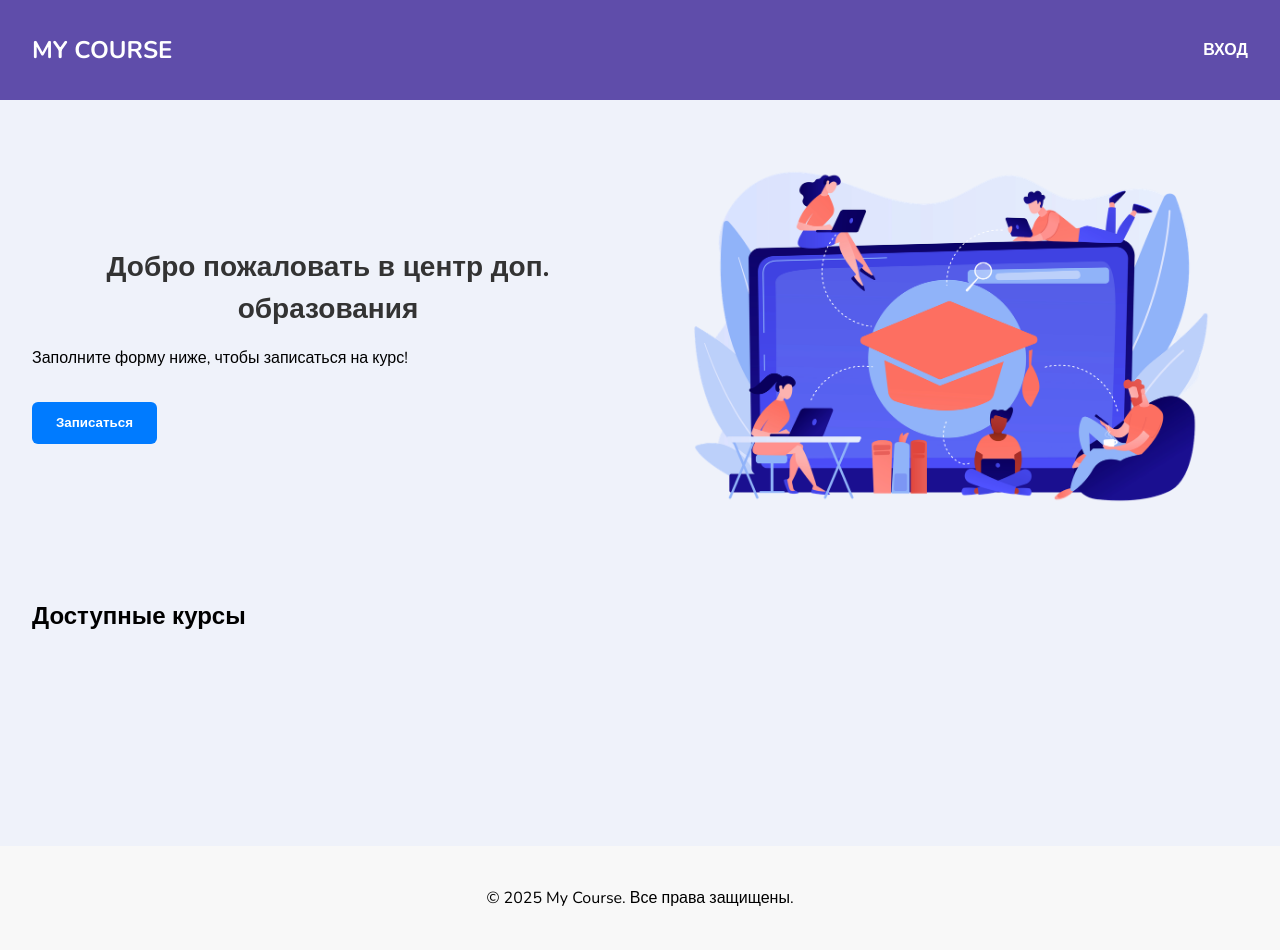
Repository: NikitaSevens/my-course
Page: /
An editor plug-in stored every save of this project. The page is shown before and after a run of saves, followed by the edit.
The browser window is 1280 px wide. The pictures show the whole page.
The project was rebuilt for these pictures with package versions that can differ from the ones it lists, and the page was loaded fresh each time. Also part of the build but not shown: vite.config.ts, src/components/CourseCard/CourseCard.module.css, src/components/CourseCard/CourseCard.tsx, src/components/EnrollPopup/EnrollPopup.tsx, src/components/Header/ProtectedRoute.tsx, src/Pages/Dashboard/Dashboard.tsx, src/components/CreateCourse/CreateCourse.module.css, src/components/CreateCourse/CreateCourse.tsx and 7 more.

Above is the page before, as saved 2025-04-25 18:20:49.

### index.html
<!doctype html>
<html lang="en">
  <head>
    <meta charset="UTF-8" />
    <link rel="icon" type="image/svg+xml" href="" />
    <meta name="viewport" content="width=device-width, initial-scale=1.0" />
    <title>My Course</title>
  </head>
  <body>
    <div id="root"></div>
    <script type="module" src="/src/main.tsx"></script>
  </body>
</html>

### src/index.css
@import url('https://fonts.googleapis.com/css2?family=Nunito:ital,wght@0,200..1000;1,200..1000&display=swap');

* {
  font-family: "Nunito", sans-serif;
  font-optical-sizing: auto;

}

:root {
  font-family: system-ui, Avenir, Helvetica, Arial, sans-serif;
  line-height: 1.5;
  font-weight: 400;

  color-scheme: light dark;
  color: rgba(255, 255, 255, 0.87);
  background-color: rgb(239,242,250);

  font-synthesis: none;
  text-rendering: optimizeLegibility;
  -webkit-font-smoothing: antialiased;
  -moz-osx-font-smoothing: grayscale;

  color: black;
}

/* index.css */
html, body {
  margin: 0;
  padding: 0;
  box-sizing: border-box;
}

### src/App.tsx
import { HashRouter as Router, Routes, Route, Navigate } from 'react-router-dom';
import Home from './Pages/Home/Home';
import { AuthProvider } from './context/AuthContext';
import ProtectedRoute from './components/Header/ProtectedRoute';
import DashboardPage from './Pages/Dashboard/Dashboard';
import CreatePage from './Pages/Dashboard/Create/Create';
import Login from './Pages/Auth/Login';
import DashboardLayout from './components/DashboardLayout/DashboardLayout';



function App() {


  return (
    <AuthProvider>
      <Router>
      <Routes>
        <Route path="/" element={<Home />} />
        <Route path="/login" element={<Login />} />


        <Route element={<ProtectedRoute />}>
        <Route path="/admin" element={<DashboardLayout />}>
        <Route index element={<Navigate to="create" replace />} /> {/* 👈 Это автоматический переход */}
              <Route path='courses' element={<DashboardPage />} />
              <Route path="create" element={<CreatePage />} />
            </Route>
        </Route>
      </Routes>
    </Router>
    </AuthProvider>
  )
}

export default App


//<Route path="/admin" element={<Admin />} />

### src/Pages/Home/Home.tsx
import styles from './Home.module.css';
import { useState } from 'react';
import Header from '../../components/Header/Header';
import Footer from '../../components/Footer/Footer';
import CourseList from '../../components/CourseList/CourseList'; // 👈 заменили импорт
import heroImage from '../../assets/hero-img.png';
import EnrollPopup from '../../components/EnrollPopup/EnrollPopup';
import { Course } from '../../components/CourseCard/CourseCard';

const Home = () => {
  const [popupOpen, setPopupOpen] = useState(false);
  const [selectedCourse, setSelectedCourse] = useState<Course | null>(null);

  const handleOpenPopup = (course? : Course) => {
    setSelectedCourse(course || null);
    setPopupOpen(true);
  };

  return (
    <>
      <Header />
      <main className={styles.main}>
        {/* Hero Block */}
        <section className={styles.hero}>
          <div className={styles.heroText}>
            <h2>Добро пожаловать в центр доп. образования</h2>
            <p>Заполните форму ниже, чтобы записаться на курс!</p>
            <button className={styles.cta} onClick={() => handleOpenPopup()}>
              Записаться
            </button>
          </div>
          <div className={styles.heroImage}>
            <img src={heroImage} alt="education" />
          </div>
        </section>

        {/* Курсы */}
        <section className={styles.courses}>
          <h1>Доступные курсы</h1>
          <div className={styles.courseScroll} onClick={() => handleOpenPopup()}>
          <CourseList onCourseClick={handleOpenPopup} />
          </div>
        </section>
      </main>
      <Footer />

      {popupOpen && (
        <EnrollPopup
          onClose={() => setPopupOpen(false)}
          selectedCourse={selectedCourse}
        />
      )}
    </>
  );
};

export default Home;

### src/context/AuthContext.tsx
import { createContext, useContext, useState, useEffect, ReactNode } from 'react';

interface AuthContextType {
  isAuthenticated: boolean;
  login: (user: string, pass: string) => boolean;
  logout: () => void;
}

const AuthContext = createContext<AuthContextType | undefined>(undefined);

const ADMIN_USER = 'admin';
const ADMIN_PASS = 'secret123';

export const AuthProvider = ({ children }: { children: ReactNode }) => {
  const [isAuthenticated, setIsAuthenticated] = useState<boolean>(() => {
    // Начальное значение: читаем из localStorage
    return localStorage.getItem('isAuth') === 'true';
  });

  useEffect(() => {
    const stored = localStorage.getItem('isAuth');
    setIsAuthenticated(stored === 'true');
  }, []);

  const login = (user: string, pass: string): boolean => {
    if (user === ADMIN_USER && pass === ADMIN_PASS) {
      setIsAuthenticated(true);
      localStorage.setItem('isAuth', 'true');
      return true;
    }
    return false;
  };

  const logout = () => {
    setIsAuthenticated(false);
    localStorage.removeItem('isAuth');
  };

  return (
    <AuthContext.Provider value={{ isAuthenticated, login, logout }}>
      {children}
    </AuthContext.Provider>
  );
};

export const useAuth = (): AuthContextType => {
  const context = useContext(AuthContext);
  if (!context) {
    throw new Error('useAuth must be used within an AuthProvider');
  }
  return context;
};

### src/Pages/Home/Home.module.css
/* src/pages/Home.module.css */

.main {
  padding: 32px;
}

.hero {
  display: flex;
  justify-content: space-between;
  align-items: center;
  gap: 32px;
  margin-bottom: 64px;
}

.heroText {
  flex: 1;
}

.heroText h2 {
  font-size: 28px;
  margin-bottom: 8px;
}

.cta {
  padding: 12px 24px;
  font-weight: bold;
  margin-top: 16px;
  background: #007bff;
  color: white;
  border: none;
  border-radius: 6px;
  cursor: pointer;
}

.heroImage {
  flex: 1;
}

.heroImage img {
  max-width: 100%;
  border-radius: 8px;
}

.courses {
  margin-bottom: 64px;
}

.courseScroll {
  display: flex;
  overflow-x: auto;
  gap: 16px;
  padding: 16px 0;
  scroll-snap-type: x mandatory;
}

### src/components/Header/Header.tsx
// src/components/Header.tsx
import styles from './Header.module.css';
import { Link } from 'react-router-dom';

const Header = () => {
  return (
    <header className={styles.header}>
      <h1 className={styles.logo}>MY COURSE</h1>
      <div className={styles.actions}>

      <Link to="/login" className={styles.link}>ВХОД</Link>
      </div>
    </header>
  );
};

export default Header;


//<button className={styles.link}>ЗАРЕГИСТРИРОВАТЬСЯ</button>

### src/components/Footer/Footer.tsx
// src/components/Footer.tsx
import styles from './Footer.module.css';

const Footer = () => {
  return (
    <footer className={styles.footer}>
      <p>© 2025 My Course. Все права защищены.</p>
    </footer>
  );
};

export default Footer;

### src/components/CourseList/CourseList.tsx
// src/components/CourseList/CourseList.tsx
import React, { useEffect, useState } from 'react';
import CourseCard, { Course } from '../CourseCard/CourseCard';

const CourseList = ({ onCourseClick }: { onCourseClick: (course: Course) => void }) => {
  const [courses, setCourses] = useState<Course[]>([]);

  useEffect(() => {
    const stored = localStorage.getItem('courses');
    if (stored) {
      try {
        setCourses(JSON.parse(stored));
      } catch (e) {
        console.error('Ошибка при чтении courses из localStorage', e);
      }
    }
  }, []);

  return (
    <div style={{ display: 'flex', flexWrap: 'wrap', gap: '20px' }}>
      {courses.map(course => (
        <div key={course.id} onClick={() => onCourseClick(course)} style={{ cursor: 'pointer' }}>
          <CourseCard course={course} />
        </div>
      ))}
    </div>
  );
};

export default CourseList;

### src/components/Header/Header.module.css
/* src/components/Header.module.css */
.header {
  display: flex;
  justify-content: space-between;
  padding: 16px 32px;
  background: rgb(95,77,170);
  align-items: center;
  color: #ffffff;

}

.logo {
  font-size: 24px;
  font-weight: bold;

}

.actions {
  display: flex;
  gap: 12px;
}

.link {
  background: none;
  border: none;
  font-weight: bold;
  cursor: pointer;
  color: #ffffff;
  text-decoration: none
}

### src/components/Footer/Footer.module.css
/* src/components/Footer.module.css */
.footer {
  background: #f8f8f8;
  padding: 24px;
  text-align: center;
  margin-top: 64px;
}

### src/components/EnrollPopup/EnrollPopup.module.css
/* EnrollPopup.module.css */

.overlay {
  position: fixed;
  inset: 0;
  background: rgba(0, 0, 0, 0.4);
  display: flex;
  justify-content: center;
  align-items: center;
  z-index: 1000;
}

.popup {
  background-color: #fff;
  border-radius: 10px;
  padding: 32px 40px;
  width: 100%;
  max-width: 420px;
  box-shadow: 0 12px 30px rgba(0, 0, 0, 0.15);
  position: relative;
  font-family: 'Segoe UI', sans-serif;
}

h2 {
  font-size: 24px;
  margin-bottom: 24px;
  color: #333;
  text-align: center;
}

.form {
  display: flex;
  flex-direction: column;
  gap: 18px;
}

label {
  display: flex;
  flex-direction: column;
  font-size: 14px;
  color: #444;
}

input,
select {
  margin-top: 6px;
  padding: 10px 14px;
  font-size: 14px;
  border: 1px solid #ddd;
  border-radius: 6px;
  background: #f9f9f9;
  transition: border-color 0.2s ease;
}

input:focus,
select:focus {
  border-color: #0077ff;
  outline: none;
  background: #fff;
}

.submitBtn {
  margin-top: 8px;
  padding: 12px;
  font-size: 15px;
  background-color: #0077ff;
  color: #fff;
  border: none;
  border-radius: 6px;
  cursor: pointer;
  transition: background 0.2s ease;
}

.submitBtn:hover {
  background-color: #005fcc;
}

.closeBtn {
  position: absolute;
  top: 12px;
  right: 14px;
  background: none;
  border: none;
  font-size: 20px;
  color: #999;
  cursor: pointer;
  transition: color 0.2s ease;
}

.closeBtn:hover {
  color: #333;
}

Loaded but not shown: src/main.tsx (common file)

After the next 2 saves:
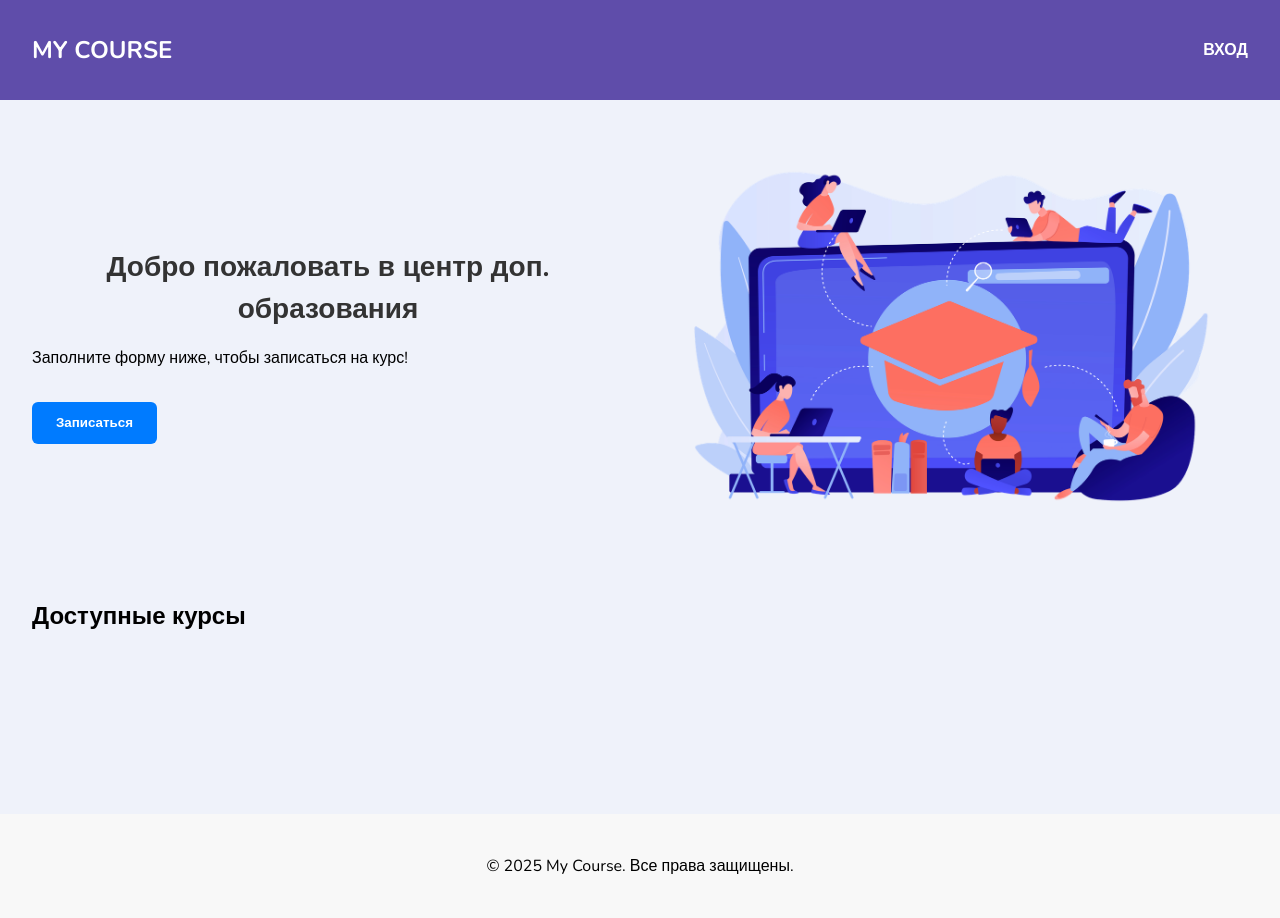
The 2 saves are shown as one change because they came seconds apart.
The last was saved 18 min 59 s later.
--- a/src/Pages/Home/Home.tsx
+++ b/src/Pages/Home/Home.tsx
@@ -37,9 +37,9 @@ const Home = () => {
         {/* Курсы */}
         <section className={styles.courses}>
           <h1>Доступные курсы</h1>
-          <div className={styles.courseScroll} onClick={() => handleOpenPopup()}>
+
           <CourseList onCourseClick={handleOpenPopup} />
-          </div>
+
         </section>
       </main>
       <Footer />
